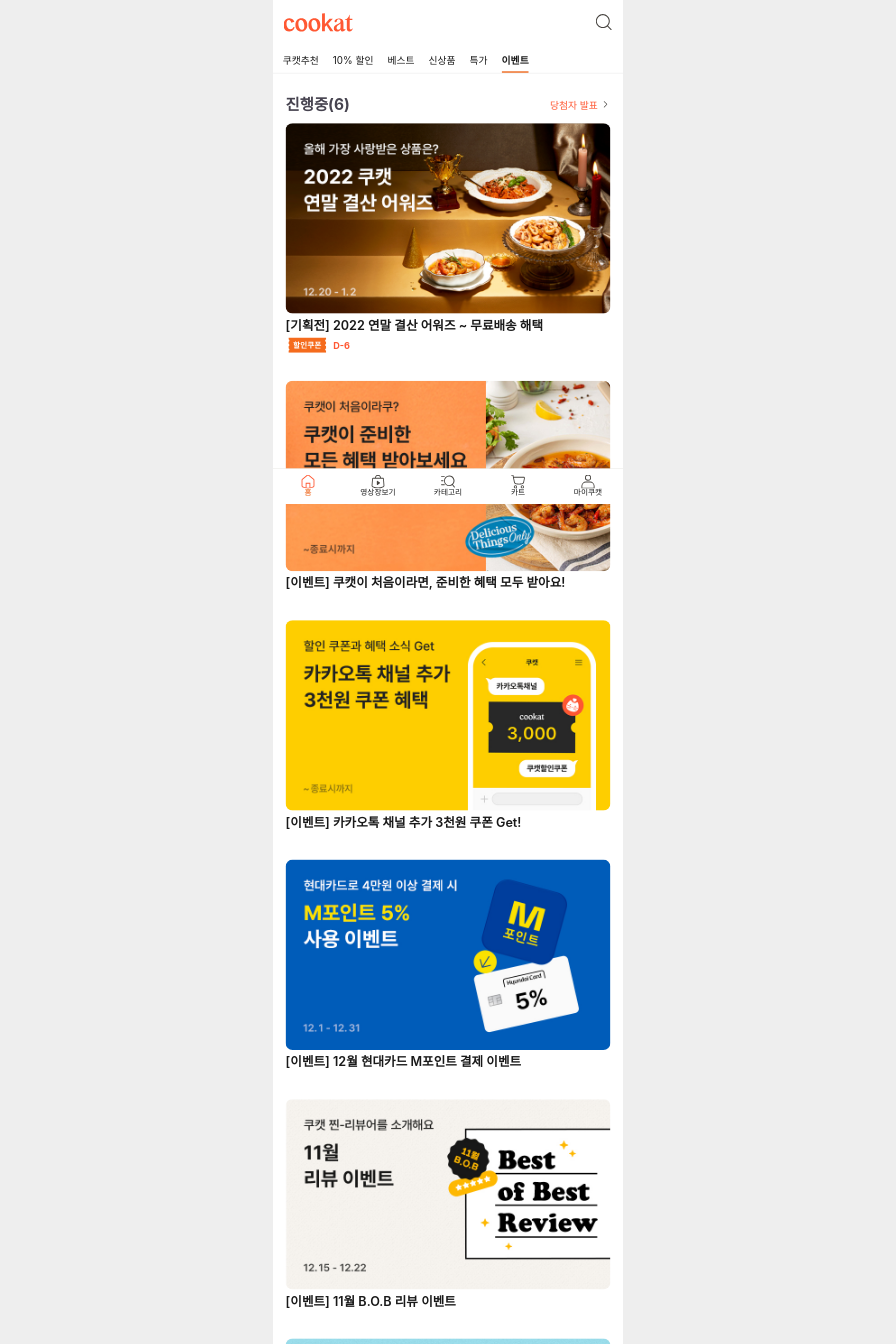
Repository: CooKat/Cookat
Page: event.html
The author's editor kept a copy of each file at every save. The page is drawn from the files as they stood at one save, then again after the next save.
The browser window is 1280 px wide. The pictures show the part of the page from y = 0 to 1920 px (the page is 3103 px tall before and 3118 px after), at 70% of full size.
A picture or video elsewhere on the page could not be fetched, so the positions and the page height are approximate. Some web fonts or font styles are not loaded; a fallback is used.

Above is the page before, as saved 2022-12-27 21:14:10.
Not found: js/ex1.js

After the next save:
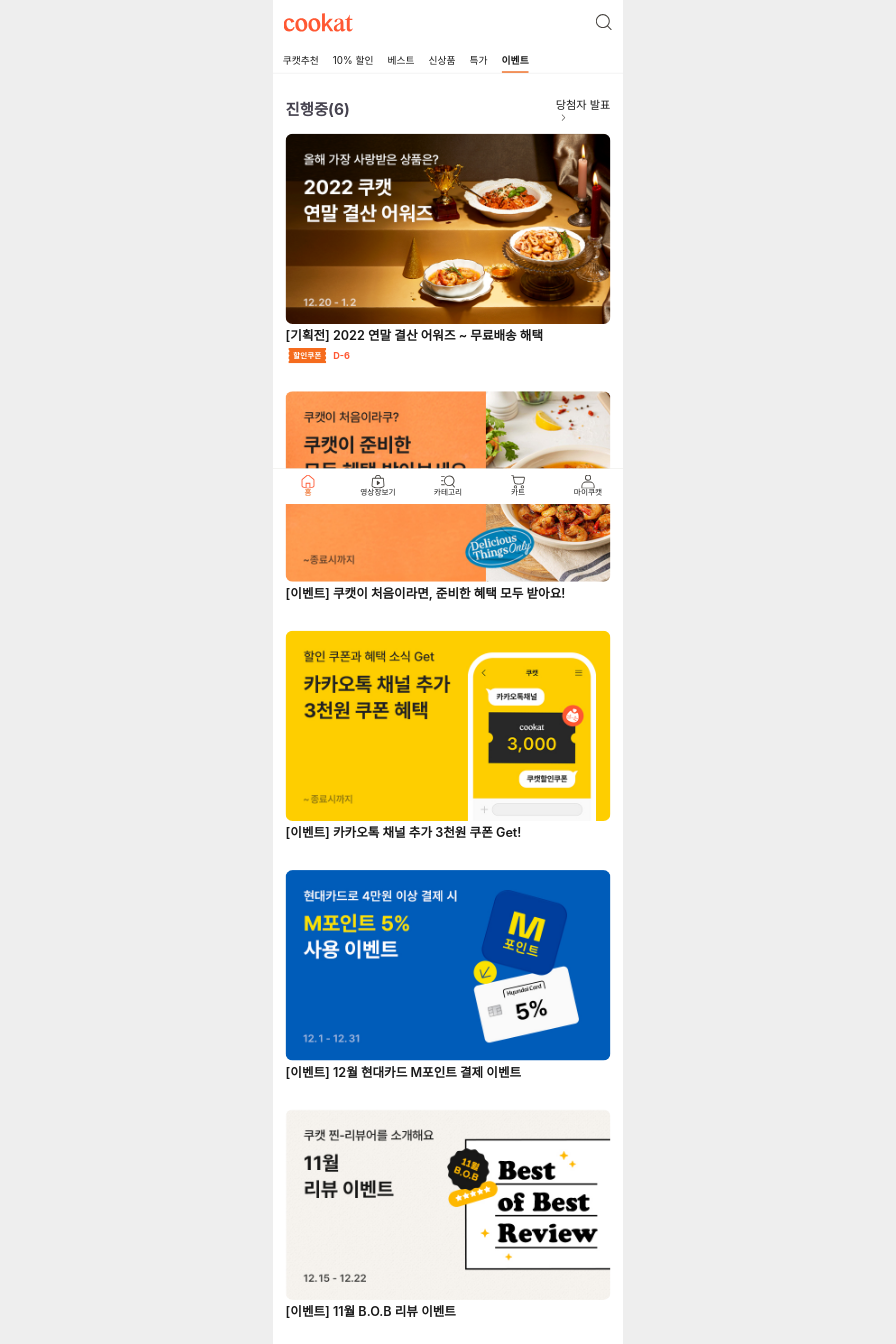
Saved 7 s later.
--- a/event.html
+++ b/event.html
@@ -52,7 +52,7 @@
           <!-- 진행중(6) 당첨자 발표 -->
           <div class="event-ing">
             <h2 class="event-ing-title">진행중(6)</h2>
-            <a><p>당첨자 발표</p></a>
+            <a href="/"<p>당첨자 발표</p></a>
           </div>
 
           <!-- 행사 아이템들 -->

After the save that followed:
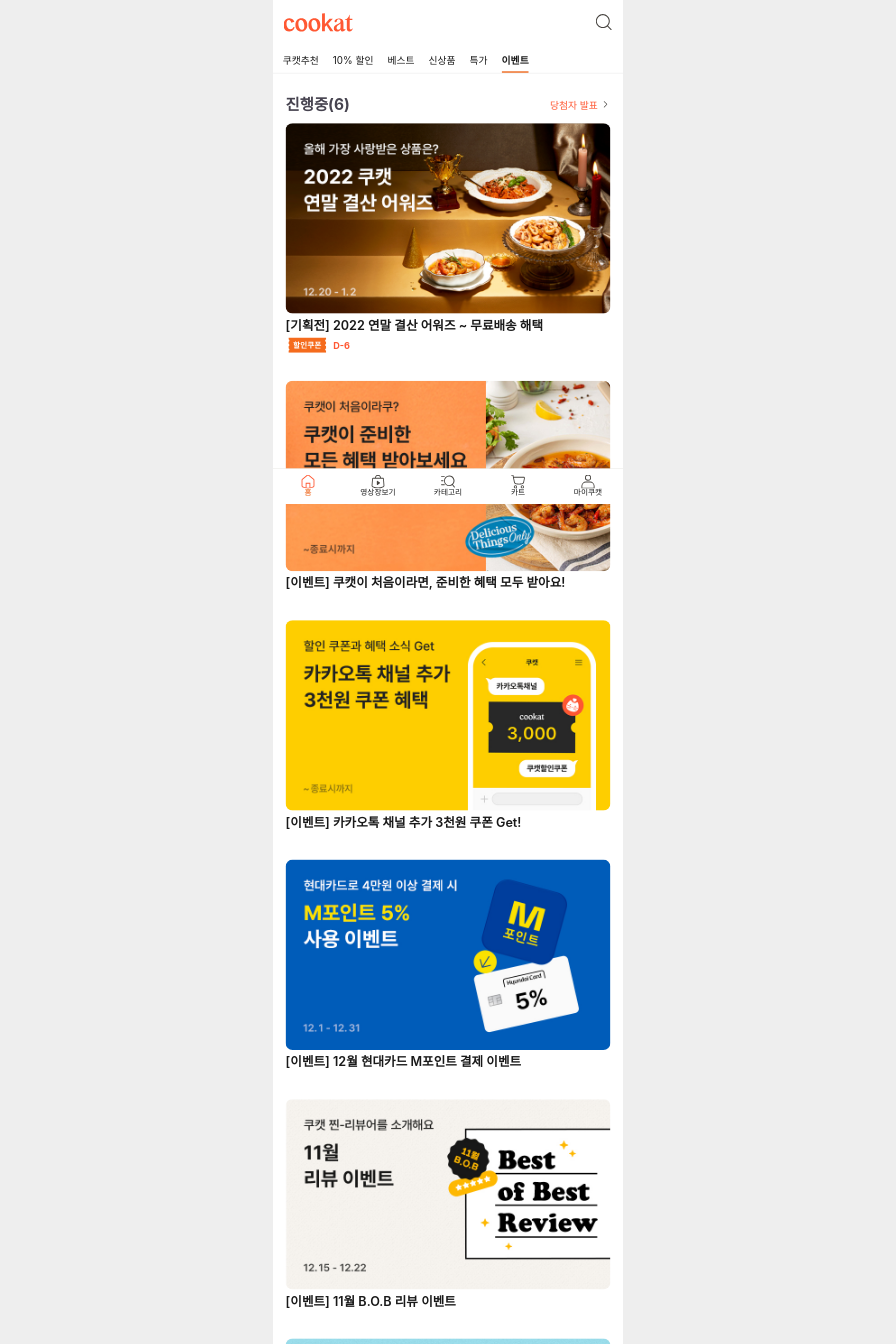
Saved 10 s later.
--- a/event.html
+++ b/event.html
@@ -52,7 +52,7 @@
           <!-- 진행중(6) 당첨자 발표 -->
           <div class="event-ing">
             <h2 class="event-ing-title">진행중(6)</h2>
-            <a href="/"<p>당첨자 발표</p></a>
+            <a href="/"></a><p>당첨자 발표</p></a>
           </div>
 
           <!-- 행사 아이템들 -->
